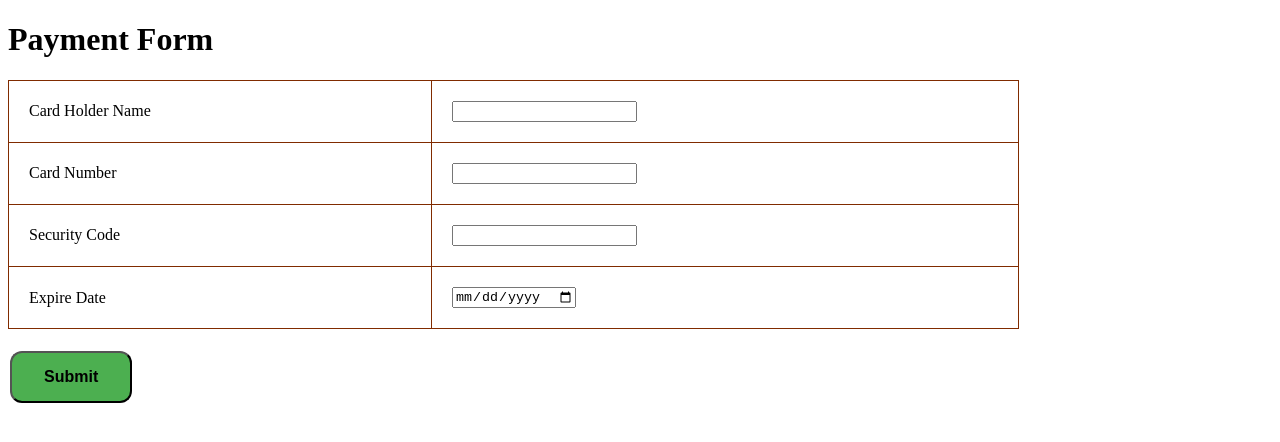
Repository: sandeepa9803/OOP---Online-Travel-web-application
Page: http://localhost/PaymentNew/paymentInfo.jsp
These files come from the project's save history. The page is drawn as it stood at one moment and after the next save; the edit follows.
The browser window is 1280 px wide. The pictures show the whole page.
The page is served by Tomcat 9. Other server files are loaded and not shown.

Above is the page before, as saved 2021-10-11 17:36:57.

### PaymentNew/WebContent/paymentInfo.jsp


<%@ page language="java" contentType="text/html; charset=ISO-8859-1"
    pageEncoding="ISO-8859-1"%>
<!DOCTYPE html>
<html>
<head>
<style>



table, td, th {
  border: 1px solid #802b00;
  text-align: left;
}

table {
  border-collapse: collapse;
  width: 80%;
}

th, td {
  padding: 20px;
}


.button {
  background-color: #4CAF50;
  border: 1;
  color: black;
  padding: 15px 32px;
  text-align: center;
  text-decoration: none;
   font-weight: bold;
  display: inline-block;
  font-size: 16px;
  margin: 4px 2px;
  cursor: pointer;
  border-radius:12px;

  h1 {text-align: center;}
}

body ={
background-color:#5D6D7E}


</style>
<meta charset="ISO-8859-1">
<title>Payment Form </title>
</head>

<body>




 <h1> Payment Form</h1>

     <form action ="submit" method = "post" >
     <table>

       <tr>
       <td>Card Holder Name</td>
        <td> <input type = "text" name = "cardholder"></td>
         </tr>

         <tr>
         <td> Card Number </td>
         <td> <input type ="number" name = "cardnum"> </td>
         </tr>

         <tr>
         <td>Security Code </td>
          <td> <input type ="number" name = "cvcnum"> </td>
          </tr>

         <tr>
         <td>Expire Date </td>
         <td> <input type = "date"  name = "date"  > </td>
         </tr>

      </table>
      <br>
        <input type="submit" name="submit" value="Submit" class="button" >

       </form>
</body>
</html>

After the next save:
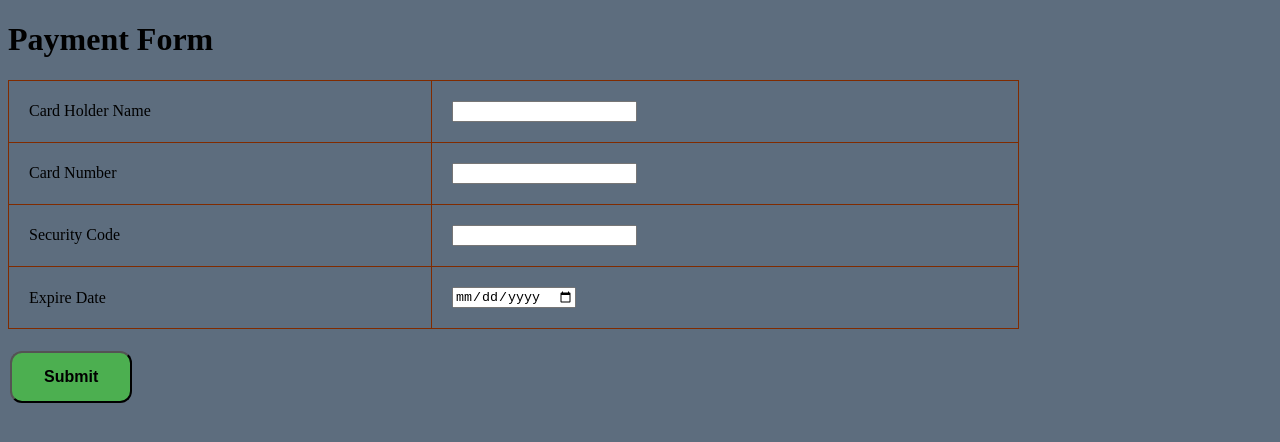
Saved 12 s later.
--- a/PaymentNew/WebContent/paymentInfo.jsp
+++ b/PaymentNew/WebContent/paymentInfo.jsp
@@ -41,7 +41,7 @@ th, td {
   h1 {text-align: center;}
 }
 
-body ={
+body {
 background-color:#5D6D7E}
 
 
